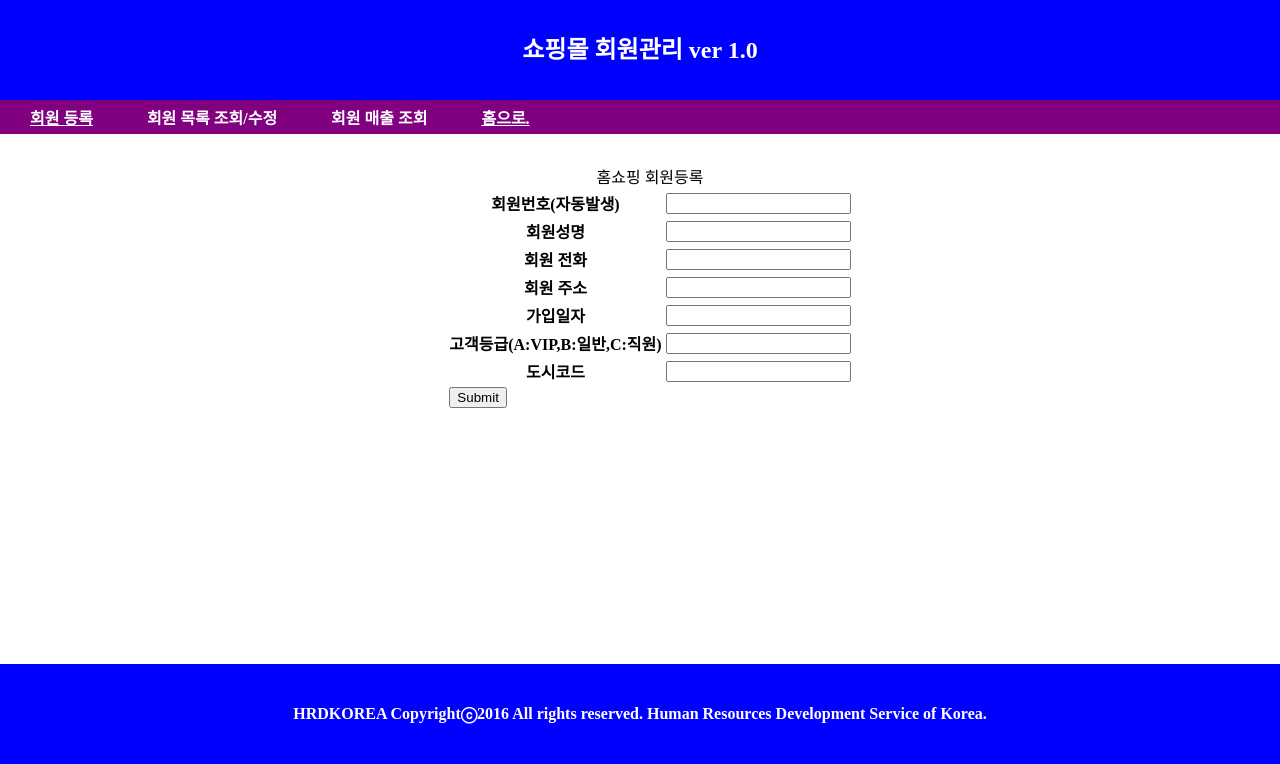
Repository: brightjy/Today-what-I-practiced
Page: http://localhost/HRD_900108/member/memberRegisterView.jsp
The author's editor kept a copy of each file at every save. The page is drawn from the files as they stood at one save, then again after the next save.
The browser window is 1280 px wide. The pictures show the whole page.
The page is served by Tomcat 9.

Above is the page before, as saved 2020-05-09 16:12:32.

### hrdkorea_0509/HRD_900108/WebContent/member/memberRegisterView.jsp
<%@ page language="java" contentType="text/html; charset=UTF-8"
    pageEncoding="UTF-8"%>
<!DOCTYPE html>
<html>
<head>
<meta charset="UTF-8">
<title>Insert title here</title>
<style>
</style>
</head>
<body>
<jsp:include page="../main/header.jsp"/>
	<section>
		<form action="../memberRegister.do">
			<table>
				<caption>홈쇼핑 회원등록</caption>
				<tr>
					<th>
						회원번호(자동발생)
					</th>
					<td>
						<input type="text" name="custno" value="${custno }" readonly="readonly">
					</td>
				</tr>
				<tr>
					<th>
						회원성명
					</th>
					<td>
						<input type="text" name="custname">
					</td>
				</tr>
				<tr>
					<th>
						회원 전화
					</th>
					<td>
						<input type="phone" name="phone">
					</td>
				</tr>
				<tr>
					<th>
						회원 주소
					</th>
					<td>
						<input type="text" name="address">
					</td>
				</tr>
				<tr>
					<th>
						가입일자
					</th>
					<td>
						<input type="text" name="joindate">
					</td>
				</tr>
				<tr>
					<th>
						고객등급(A:VIP,B:일반,C:직원)
					</th>
					<td>
						<input type="text" name="grade">
					</td>
				</tr>
				<tr>
					<th>
						도시코드
					</th>
					<td>
						<input type="text" name="city">
					</td>
				</tr>
				<tr>
					<td colspan="2">
						<input type="submit"
					</td>
				</tr>
			</table>
		</form>
	</section>
<jsp:include page="../main/footer.jsp"/>
</body>
</html>

### hrdkorea_0509/HRD_900108/WebContent/main/header.jsp
<%@ page language="java" contentType="text/html; charset=UTF-8"
    pageEncoding="UTF-8"%>
<!DOCTYPE html>
<html>
<head>
<meta charset="UTF-8">
<title>Insert title here</title>
<style>
	*{
		margin:0 auto;
	}
	header{
		height:100px;
		background-color:blue;
	}
	header h2{
		text-align:center;
		line-height:100px;
		color:white;
	}
	nav{
		background-color:purple;
		padding:5px 0 5px 30px;
	}
	nav a{
		color: white;
		font-weight:bold;
		padding-right:50px;
	}
	section{
		padding: 30px 0 0 20px;
		height:500px;
	}
	section h3{
		text-align:center;
		margin-bottom:20px;
	}
	footer{
		height:100px;
		background-color:blue;
	}
	footer h4{
		text-align:center;
		line-height:100px;
		color:white;
	}
</style>
</head>
<body>
	<header>
		<h2>쇼핑몰 회원관리 ver 1.0</h2>
	</header>
	<nav>
		<a href="memberReigsterView.do">회원 등록</a>
		<a>회원 목록 조회/수정</a>
		<a>회원 매출 조회</a>
		<a href="main.do">홈으로.</a>
	</nav>
</body>
</html>

### hrdkorea_0509/HRD_900108/WebContent/main/footer.jsp
<%@ page language="java" contentType="text/html; charset=UTF-8"
    pageEncoding="UTF-8"%>
<!DOCTYPE html>
<html>
<head>
<meta charset="UTF-8">
<title>Insert title here</title>
<style>
	*{
		margin:0 auto;
	}
	header{
		height:100px;
		background-color:blue;
	}
	header h2{
		text-align:center;
		line-height:100px;
		color:white;
	}
	nav{
		background-color:purple;
		padding:5px 0 5px 30px;
	}
	nav a{
		color: white;
		font-weight:bold;
		padding-right:50px;
	}
	section{
		padding: 30px 0 0 20px;
		height:500px;
	}
	section h3{
		text-align:center;
		margin-bottom:20px;
	}
	footer{
		height:100px;
		background-color:blue;
	}
	footer h4{
		text-align:center;
		line-height:100px;
		color:white;
	}
</style>
</head>
<body>
	<footer>
		<h4>HRDKOREA Copyrightⓒ2016 All rights reserved. Human Resources Development Service of Korea.</h4>
	</footer>
</body>
</html>

After the next save:
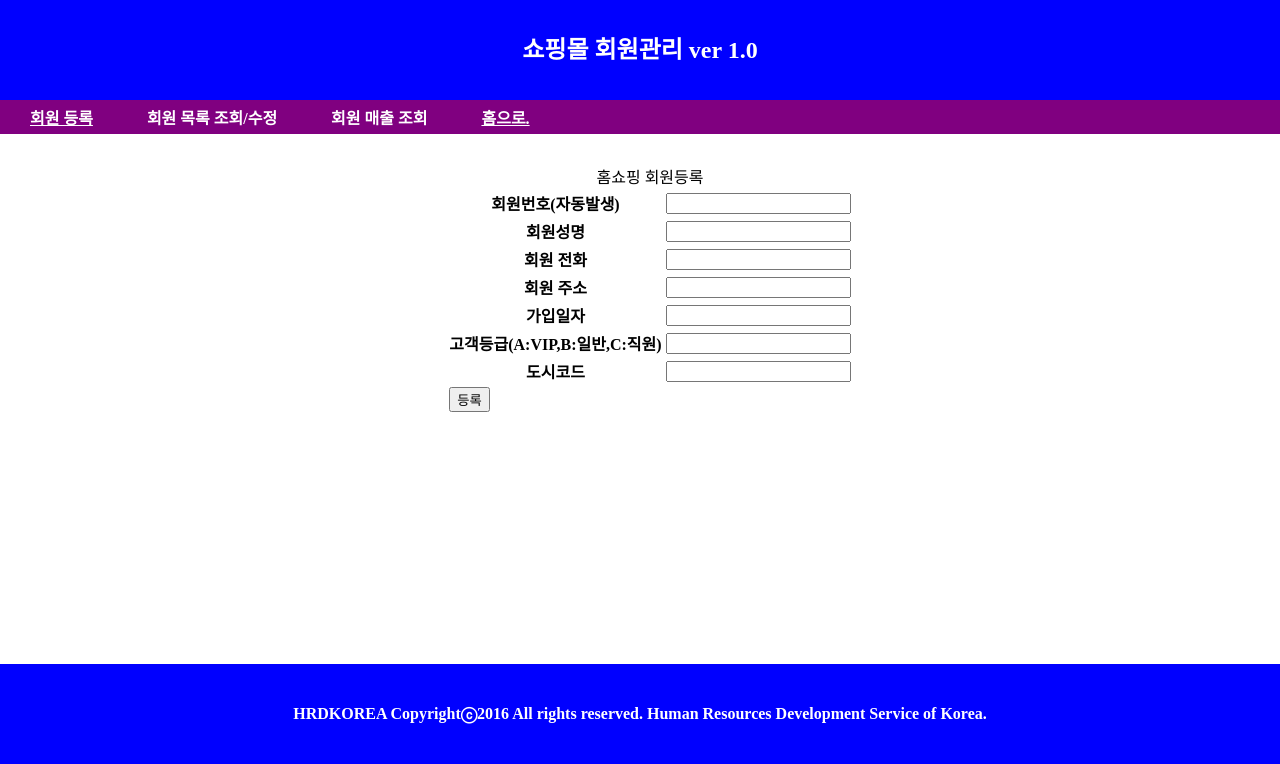
Saved 7 s later.
--- a/hrdkorea_0509/HRD_900108/WebContent/member/memberRegisterView.jsp
+++ b/hrdkorea_0509/HRD_900108/WebContent/member/memberRegisterView.jsp
@@ -72,7 +72,7 @@
 				</tr>
 				<tr>
 					<td colspan="2">
-						<input type="submit"
+						<input type="submit" value="등록">
 					</td>
 				</tr>
 			</table>
